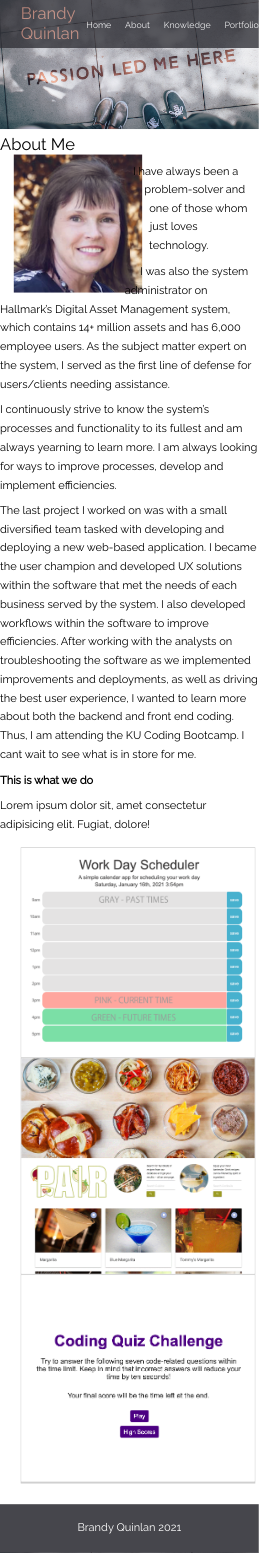
Repository: brandyquinlan/brandyquinlan
Page: index.html
The author's editor kept a copy of each file at every save. The page is drawn from the files as they stood at one save, then again after the next save.
The browser window is 375 px wide. The pictures show the whole page, at 69% of full size.
Some web libraries are served in a nearby version.

Above is the page before, as saved 2021-02-05 21:16:21.

After the next save:
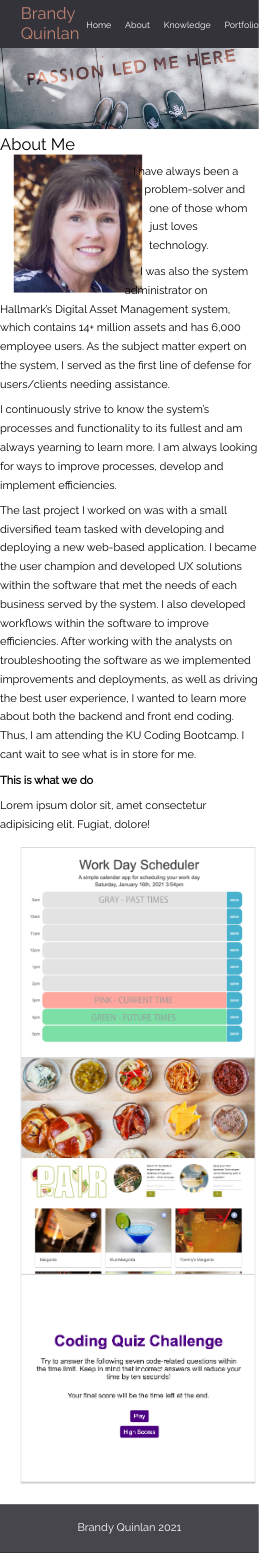
Saved 19 s later.
--- a/css/style.css
+++ b/css/style.css
@@ -280,7 +280,7 @@
         }
 
         @media(max-width:500px) {
-            .navbar {
+            #navbar {
                 opacity: 1.0;
             }
             .projects h1,
